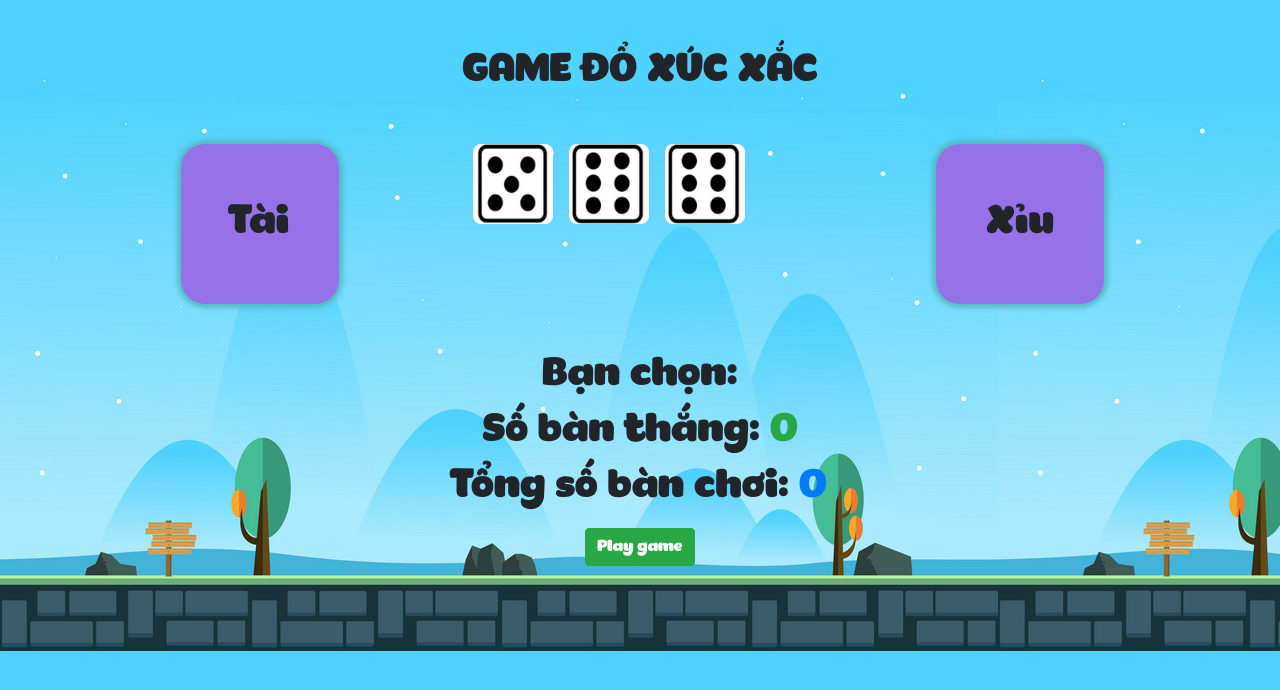
Repository: dovanthao2404/game-xuc-sac
Page: /
The author's editor kept a copy of each file at every save. The page is drawn from the files as they stood at one save, then again after the next save.
The browser window is 1280 px wide. The pictures show the whole page.
The project was rebuilt for these pictures with package versions that can differ from the ones it lists, and the page was loaded fresh each time.

Above is the page before, as saved 2021-09-11 15:36:52.

### public/index.html
<!DOCTYPE html>
<html lang="en">

<head>
  <meta charset="utf-8" />
  <link rel="icon" href="%PUBLIC_URL%/favicon.ico" />
  <meta name="viewport" content="width=device-width, initial-scale=1" />
  <meta name="theme-color" content="#000000" />
  <meta name="description" content="Web site created using create-react-app" />
  <link rel="apple-touch-icon" href="%PUBLIC_URL%/logo192.png" />
  <link rel="manifest" href="%PUBLIC_URL%/manifest.json" />
  <title>React App</title>
  <link rel="stylesheet" href="https://cdn.jsdelivr.net/npm/bootstrap@4.6.0/dist/css/bootstrap.min.css"
    integrity="sha384-B0vP5xmATw1+K9KRQjQERJvTumQW0nPEzvF6L/Z6nronJ3oUOFUFpCjEUQouq2+l" crossorigin="anonymous">
  <link rel="stylesheet" href="%PUBLIC_URL%/css/style.css">
</head>

<body>
  <noscript>You need to enable JavaScript to run this app.</noscript>
  <div id="root"></div>
</body>

</html>

### src/index.js
import React from 'react';
import ReactDOM from 'react-dom';
import './index.css';
import App from './App';
import reportWebVitals from './reportWebVitals';
import { createStore } from "redux"
import { Provider } from 'react-redux';
import { rootReducer } from './redux/reducer';
const store = createStore(rootReducer)
ReactDOM.render(
  <Provider store={store}>
    <App />
  </Provider>,
  document.getElementById('root')
);

// If you want to start measuring performance in your app, pass a function
// to log results (for example: reportWebVitals(console.log))
// or send to an analytics endpoint. Learn more: https://bit.ly/CRA-vitals
reportWebVitals();

### src/index.css
body {
  margin: 0;
  padding: 0;
  box-sizing: border-box;
  font-family: -apple-system, BlinkMacSystemFont, 'Segoe UI', 'Roboto', 'Oxygen',
    'Ubuntu', 'Cantarell', 'Fira Sans', 'Droid Sans', 'Helvetica Neue',
    sans-serif;
  -webkit-font-smoothing: antialiased;
  -moz-osx-font-smoothing: grayscale;
}

code {
  font-family: source-code-pro, Menlo, Monaco, Consolas, 'Courier New',
    monospace;
}

### src/App.js
import DoiXiNgau from "./Components";



function App() {
  return (
    <>
      <DoiXiNgau></DoiXiNgau>
    </>
  );
}

export default App;

### src/redux/reducer/index.js
import { combineReducers, } from "redux";
import { gameReducer } from "./game"
export const rootReducer = combineReducers({
  game: gameReducer
})

### src/Components/index.js
import React, { Component } from 'react'
import { connect } from 'react-redux'
import * as ActionGame from "./../redux/actions"
import InfoGame from './InfoGame'
import XucSuc from './XucSuc'
class DoiXiNgau extends Component {

  handleChoseType = (e) => {
    const value = e.target.getAttribute("data-value")
    this.props.chooseType(value)
  }

  handlePlayGame = () => {
    const { totalGamePlay, type } = this.props.game
    const typeWhilePlay = totalGamePlay >= 4 && totalGamePlay <= 10 ? "Xỉu" : "Tài"
    if (typeWhilePlay === type) {
      this.props.updateWin()
    }
    this.props.updateTotalGame()
    this.props.updateWhilePlay(0);
  }


  render() {
    return (
      <div className="main">
        <div className="container mt-5">
          <div className="title mb-5">
            <h1 className="text-center">GAME ĐỔ XÚC XẮC</h1>
          </div>
          <div>
            <div className="row justify-content-between">
              <div className="col-4">
                <div className="type d-flex justify-content-center align-items-center">
                  <span data-value="Tài" onClick={this.handleChoseType}>Tài</span>
                </div>
              </div>
              <div className="col-4">
                <div className="d-flex">
                  <XucSuc />
                </div>
              </div>
              <div className="col-4">
                <div className="type d-flex justify-content-center align-items-center">
                  <span data-value="Xỉu" onClick={this.handleChoseType}>Xỉu</span>
                </div>
              </div>
            </div>
          </div>

          <InfoGame />
          <div className="play-game text-center mt-3">
            <button className="btn btn-success" onClick={this.handlePlayGame}>Play game</button>
          </div>
        </div>
      </div>
    )
  }
}

const mapStateToProps = (state, ownProps) => {
  return {
    game: state.game
  }
}

const mapDispatchToProps = (dispatch, ownProps) => {
  return {
    chooseType: (type) => {
      dispatch(ActionGame.chooseType(type))
    },
    updateWin: () => {
      dispatch(ActionGame.updateWin())
    },
    updateTotalGame: () => {
      dispatch(ActionGame.updateTotalGamePlay())
    },
    updateWhilePlay: (data) => {
      dispatch(ActionGame.updateTotalWhilePlay(data))
    }
  }
}
export default connect(mapStateToProps, mapDispatchToProps)(DoiXiNgau)

### src/redux/reducer/game.js
import { UPDATE_TYPE, UPDATE_TOTAL_WIN, UPDATE_TOTAL_GAME_PLAY, UPDATE_TOTAL_WHILE_PLAY } from "./../constants"

const game = {
  type: '',
  totalGameWin: 0,
  totalGamePlay: 0,
  totalWhilePlay: 0
}

export const gameReducer = (state = game, action) => {
  switch (action.type) {
    case UPDATE_TYPE:
      state.type = action.payload
      return { ...state }
    case UPDATE_TOTAL_WIN:
      state.totalGameWin++;
      return { ...state }
    case UPDATE_TOTAL_GAME_PLAY:
      state.totalGamePlay++;
      return { ...state }
    case UPDATE_TOTAL_WHILE_PLAY:
      state.totalWhilePlay = action.payload
      return { ...state }
    default:
      return { ...state }
  }
}

### src/redux/actions/index.js
import { UPDATE_TYPE, UPDATE_TOTAL_WIN, UPDATE_TOTAL_GAME_PLAY, UPDATE_TOTAL_WHILE_PLAY } from "./../constants"
const chooseType = (type) => {
  return {
    type: UPDATE_TYPE,
    payload: type
  }
}

const updateWin = () => {
  return {
    type: UPDATE_TOTAL_WIN,
  }
}


const updateTotalGamePlay = () => {
  return {
    type: UPDATE_TOTAL_GAME_PLAY,
  }
}

const updateTotalWhilePlay = (data) => {
  return {
    type: UPDATE_TOTAL_WHILE_PLAY,
    payload: data
  }
}
export { chooseType, updateWin, updateTotalGamePlay, updateTotalWhilePlay }

### src/Components/InfoGame.js
import React, { Component } from 'react'
import { connect } from 'react-redux'

class InfoGame extends Component {
  render() {
    return (
      <div className="result text-center mt-5">
        <h1>Bạn chọn: <span className="text-danger">{this.props.game.type}</span></h1>
        <h1>Số bàn thắng: <span className="text-success">{this.props.game.totalGameWin}</span></h1>
        <h1>Tổng số bàn chơi: <span className="text-primary">{this.props.game.totalGamePlay}</span></h1>
      </div>
    )
  }
}
const mapStateToProps = (state, ownProps) => {
  return {
    game: state.game
  }
}
export default connect(mapStateToProps)(InfoGame)

### src/Components/XucSuc.js
import React, { PureComponent } from 'react'

export default class XucSuc extends PureComponent {


  handleRenderXucXac = () => {
    const xucXac = []
    let count = 0
    for (let i = 0; i < 3; i++) {
      const random = Math.ceil(Math.random() * 6)
      count += random;
      xucXac.push(<img key={i} src={"./images/" + random + ".png"} alt="" />)
    }
    this.props.updateWhilePlay(count);
    this.setState({ isPlay: false })
    return xucXac;
  }

  renderFirst = () => {
    const xucXac = []
    for (let i = 0; i < 3; i++) {
      const random = Math.ceil(Math.random() * 6)
      xucXac.push(<img key={i} src={"./images/" + random + ".png"} alt="" />)
    }
    return xucXac;
  }
  render() {
    return (
      <>
        {this.renderFirst()}
      </>
    )
  }
}

### src/redux/constants/index.js
const UPDATE_TYPE = "game/UPDATE_TYPE";
const UPDATE_TOTAL_WIN = "game/UPDATE_TOTAL_WIN";
const UPDATE_TOTAL_GAME_PLAY = "game/UPDATE_TOTAL_GAME_PLAY";
const UPDATE_TOTAL_WHILE_PLAY = "game/UPDATE_TOTAL_WHILE_PLAY";
export { UPDATE_TYPE, UPDATE_TOTAL_WIN, UPDATE_TOTAL_GAME_PLAY, UPDATE_TOTAL_WHILE_PLAY }

### public/css/style.css
@font-face {
  font-family:  "fontGame";
  src: url(./../images/Pony.ttf);
}
body {
  font-family: "fontGame"!important;
}
.main {
  background-image: url(./../images/bgGame.png);
  top: 0;
  left:0;
  right: 0;
  bottom: 0;
  display: block;
  position: absolute;
  z-index: -10;
}

.type span{
  display: block;
  padding: 50px;
  border-radius: 24px;
  font-size: 40px;
  background: rgb(149, 114, 231);
  cursor: pointer;
  box-shadow: 0 0 4px 4px rgba(78, 182, 185, 0.8);
}

img {
  margin: 0 8px;
  width: 80px;
  border-radius: 8px ;
}

Loaded but not shown: src/reportWebVitals.js (common file)

After the next save:
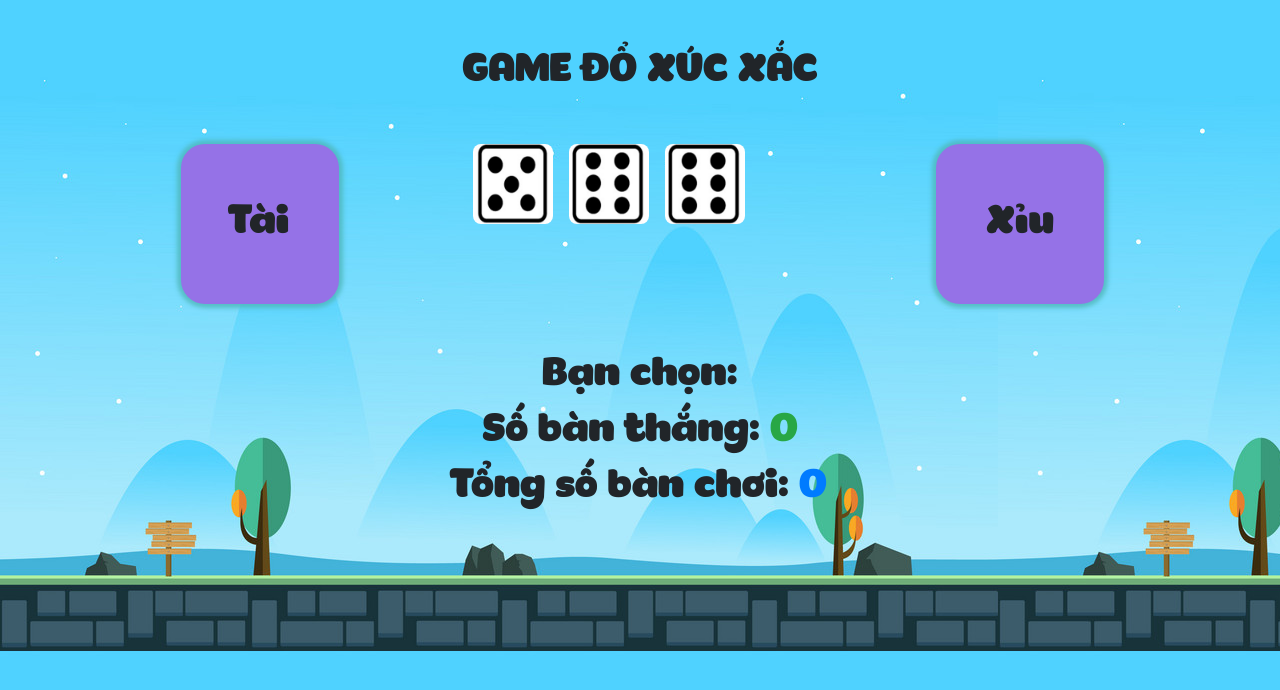
Saved 39 s later.
--- a/src/Components/index.js
+++ b/src/Components/index.js
@@ -49,9 +49,7 @@ class DoiXiNgau extends Component {
           </div>
 
           <InfoGame />
-          <div className="play-game text-center mt-3">
-            <button className="btn btn-success" onClick={this.handlePlayGame}>Play game</button>
-          </div>
+
         </div>
       </div>
     )

After the 2 saves that followed:
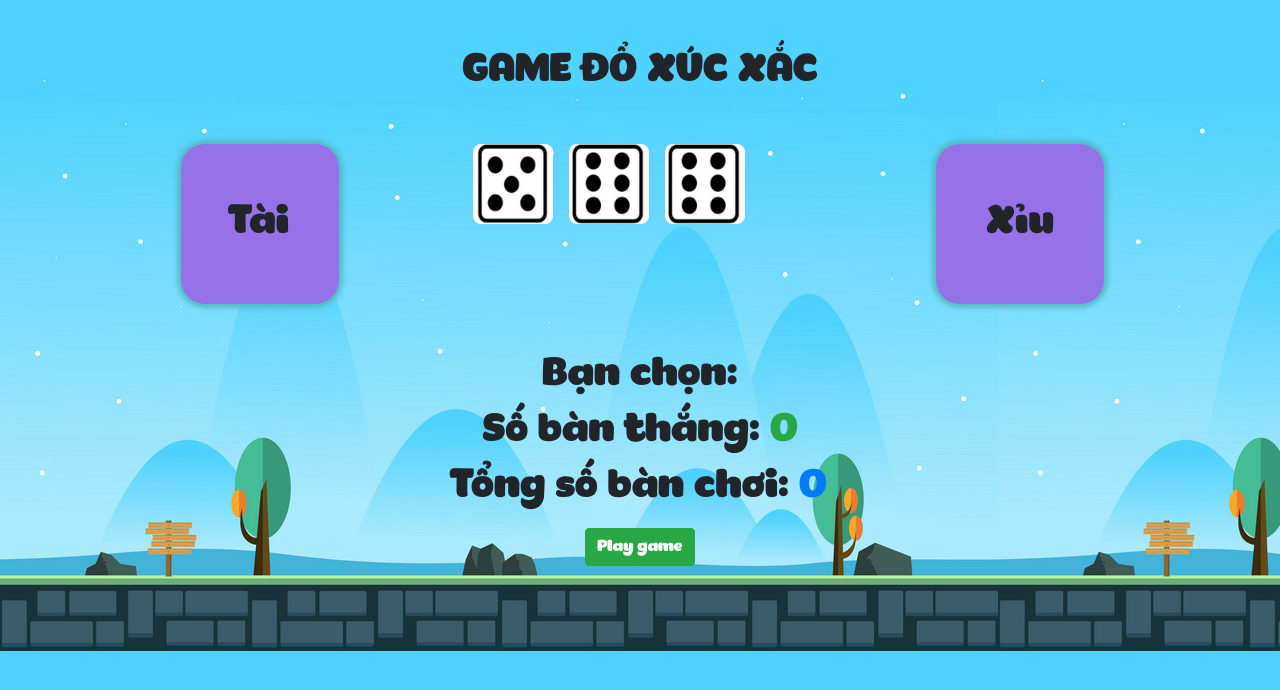
The 2 saves are shown as one change because they came seconds apart.
The last was saved 18 s later.
--- a/src/Components/InfoGame.js
+++ b/src/Components/InfoGame.js
@@ -4,11 +4,16 @@ import { connect } from 'react-redux'
 class InfoGame extends Component {
   render() {
     return (
-      <div className="result text-center mt-5">
-        <h1>Bạn chọn: <span className="text-danger">{this.props.game.type}</span></h1>
-        <h1>Số bàn thắng: <span className="text-success">{this.props.game.totalGameWin}</span></h1>
-        <h1>Tổng số bàn chơi: <span className="text-primary">{this.props.game.totalGamePlay}</span></h1>
-      </div>
+      <>
+        <div className="result text-center mt-5">
+          <h1>Bạn chọn: <span className="text-danger">{this.props.game.type}</span></h1>
+          <h1>Số bàn thắng: <span className="text-success">{this.props.game.totalGameWin}</span></h1>
+          <h1>Tổng số bàn chơi: <span className="text-primary">{this.props.game.totalGamePlay}</span></h1>
+        </div>
+        <div className="play-game text-center mt-3">
+          <button className="btn btn-success" onClick={this.handlePlayGame}>Play game</button>
+        </div>
+      </>
     )
   }
 }
